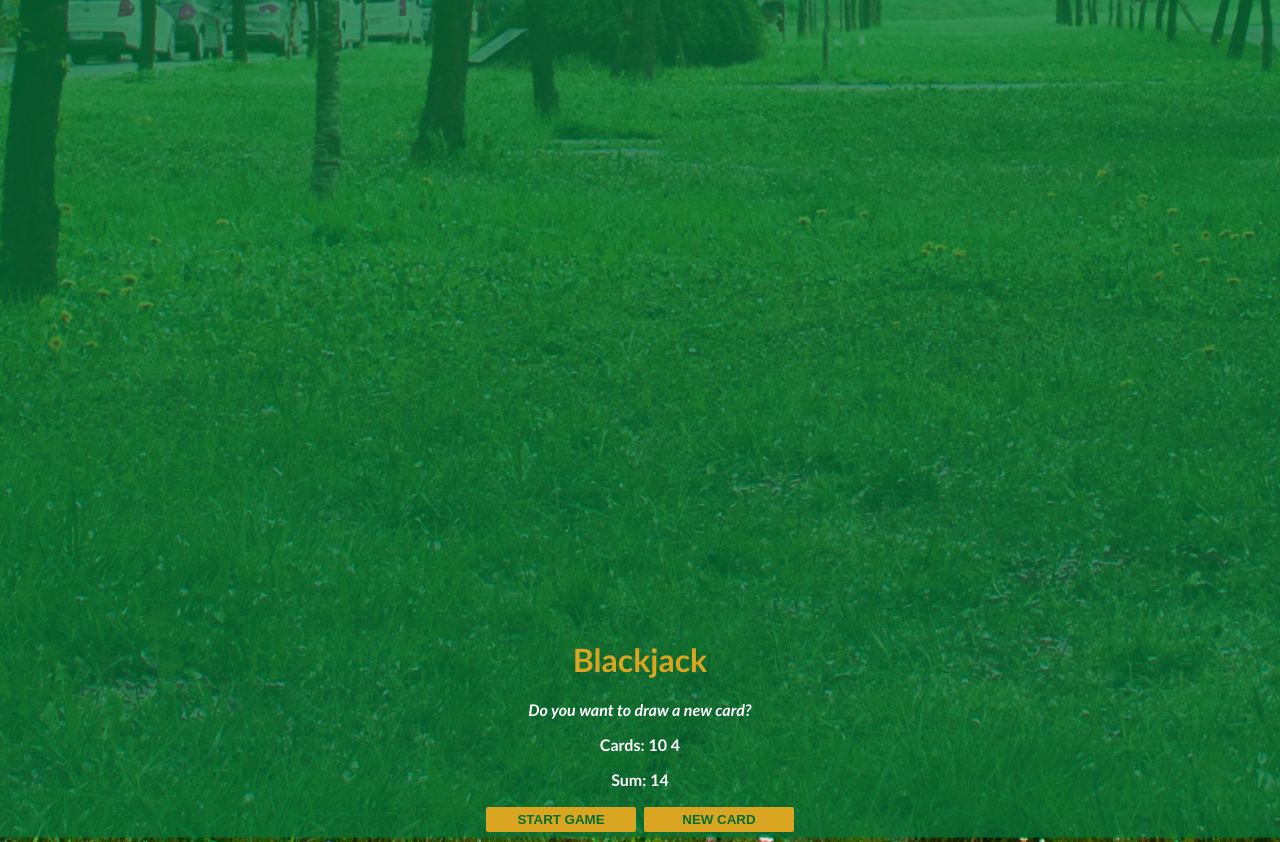
Repository: Samkiroko/black_jack
Page: index.html
These files come from the project's save history. The page is drawn as it stood at one moment and after the next save; the edit follows.
The browser window is 1280 px wide. The pictures show the whole page.
After loading, the first visible `button` was clicked once.

Above is the page before, as saved 2022-04-29 15:04:25.

After the next save:
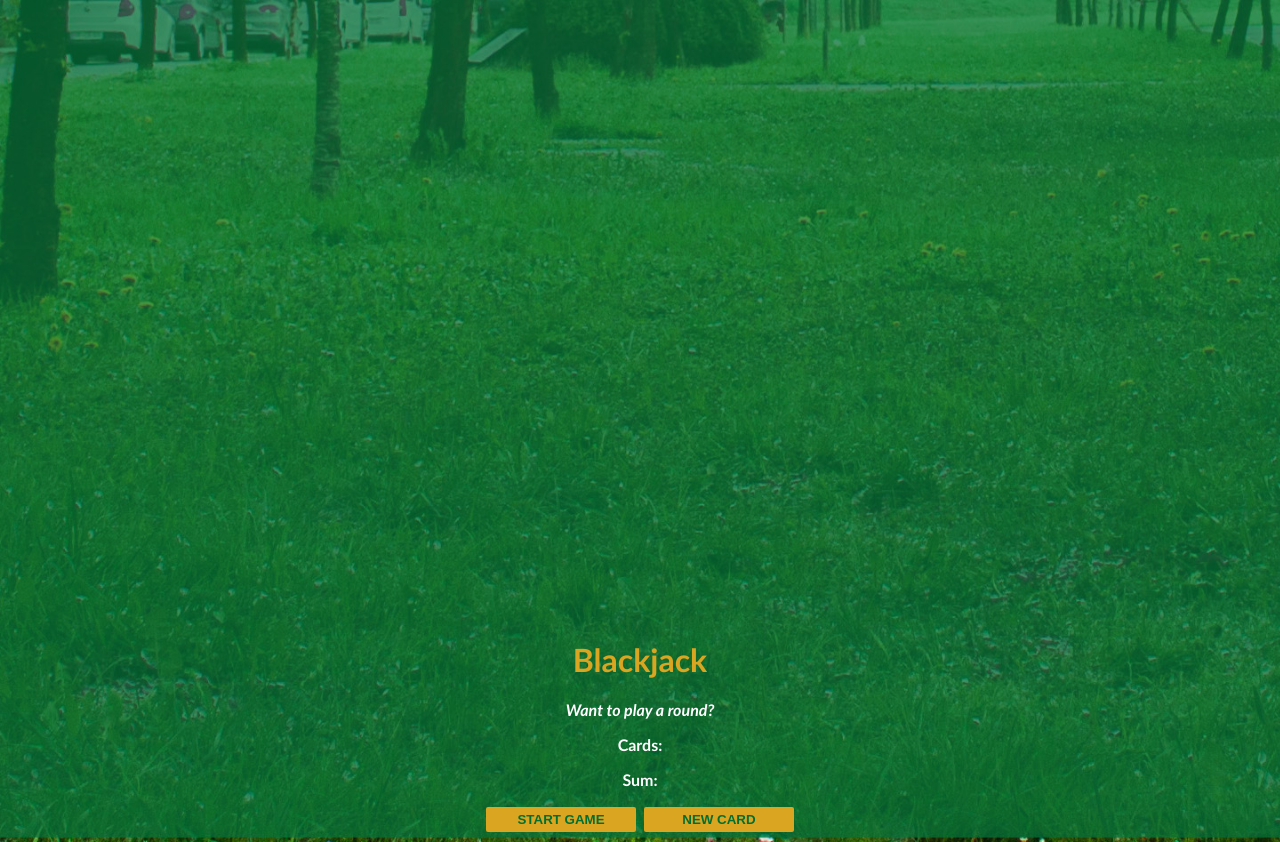
Console error: ReferenceError: startGame is not defined
Saved 106 s later.
--- a/index.js
+++ b/index.js
@@ -8,7 +8,7 @@ let messageEl = document.getElementById('message-el')
 let sumEl = document.getElementById('sum-el')
 let cardsEl = document.getElementById('cards-el')
 
-function startGame() {
+function renderGame() {
   cardsEl.textContent = 'Cards: ' + firstCard + ' ' + secondCard
   sumEl.textContent = 'Sum: ' + sum
   if (sum <= 20) {
@@ -29,5 +29,5 @@ function newCard() {
   console.log('Drawing a new card from the deck')
   let newCard = 7
   sum += newCard
-  startGame()
+  renderGame()
 }
